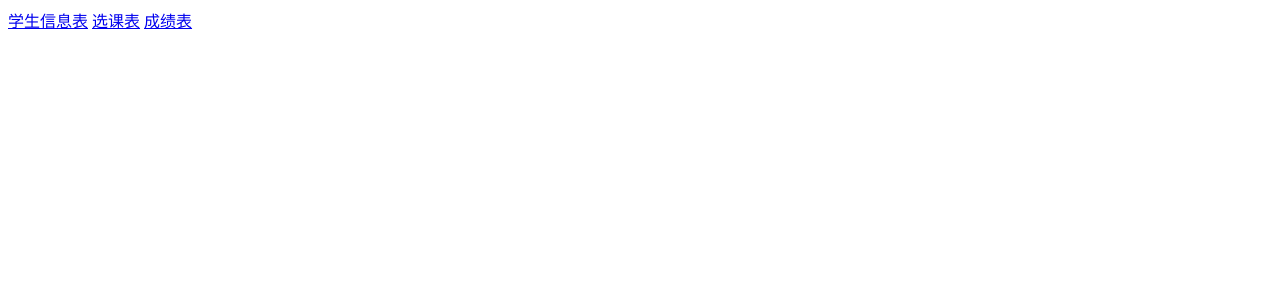
Repository: YuHaoXiang/Yhx
Page: http://localhost/StudentMsg/
The author's editor kept a copy of each file at every save. The page is drawn from the files as they stood at one save, then again after the next save.
The browser window is 1280 px wide. The pictures show the whole page.
The page is served by Tomcat 9.

Above is the page before, as saved 2016-03-07 03:34:39.

After the next save:
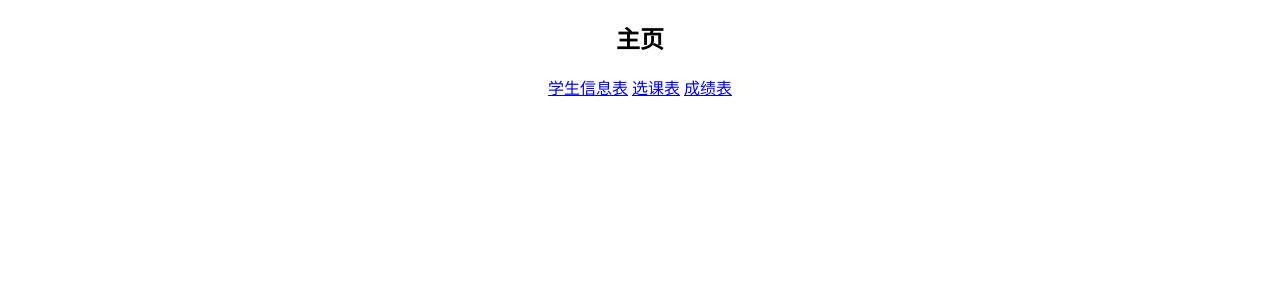
Saved 2 min 1 s later.
--- a/StudentMsg/WebContent/index.jsp
+++ b/StudentMsg/WebContent/index.jsp
@@ -7,8 +7,11 @@
 <title>学生信息管理主页</title>
 </head>
 <body>
+<center>
+<h2>主页</h2>
 <a href="/StudentMsg/main.jsp">学生信息表</a>
 <a href="/StudentMsg/course.jsp">选课表</a>
 <a href="/StudentMsg/sc.jsp">成绩表</a>
+</center>
 </body>
 </html>
